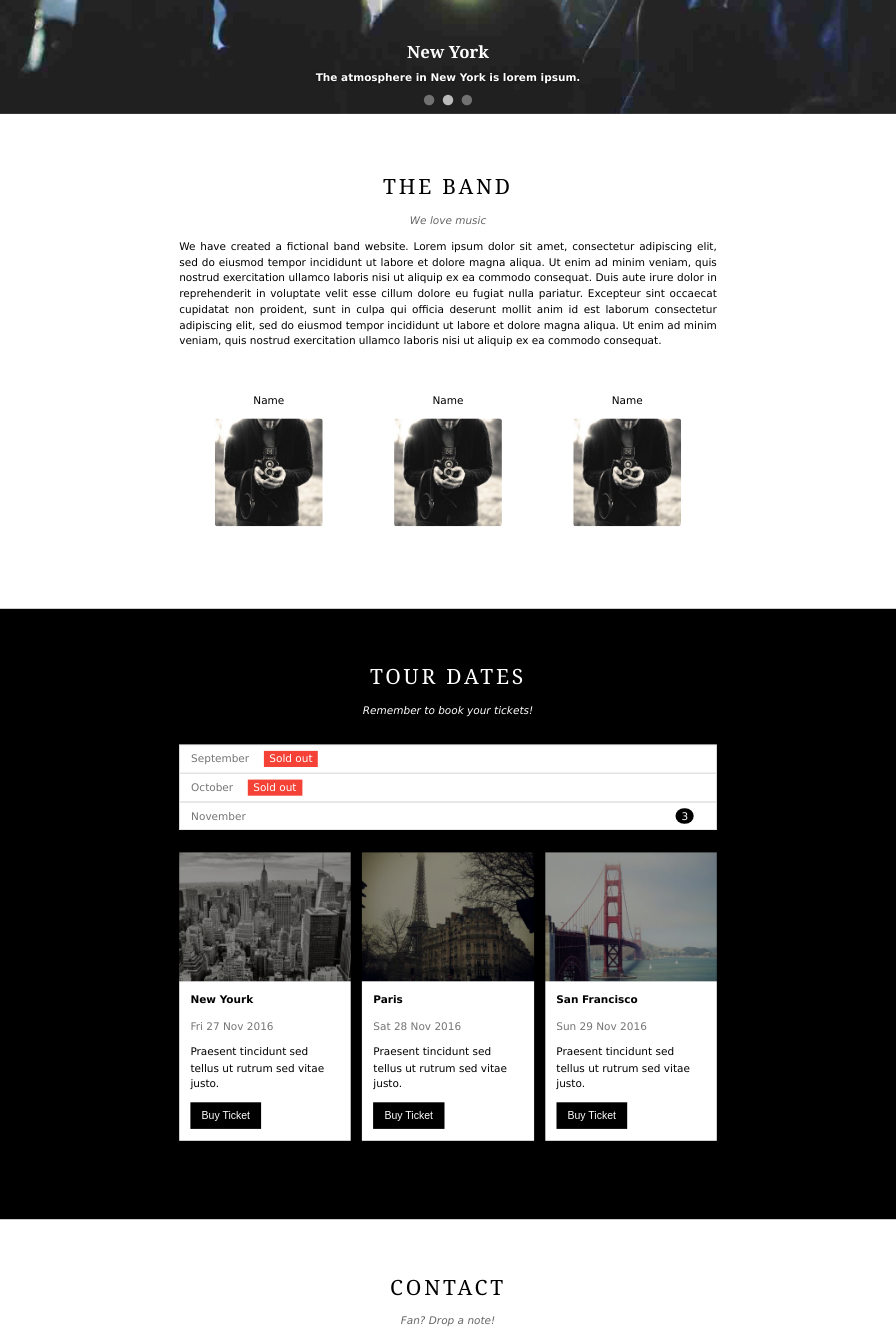
Repository: tam1512/The-Band
Page: index.html
These files come from the project's save history. The page is drawn as it stood at one moment and after the next save; the edit follows.
The browser window is 1280 px wide. The pictures show the part of the page from y = 524 to 2444 px (the page is 3650 px tall before and 3644 px after), at 70% of full size.
Some web libraries are served in a nearby version.

Above is the page before, as saved 2022-07-27 19:55:05.

After the next save:
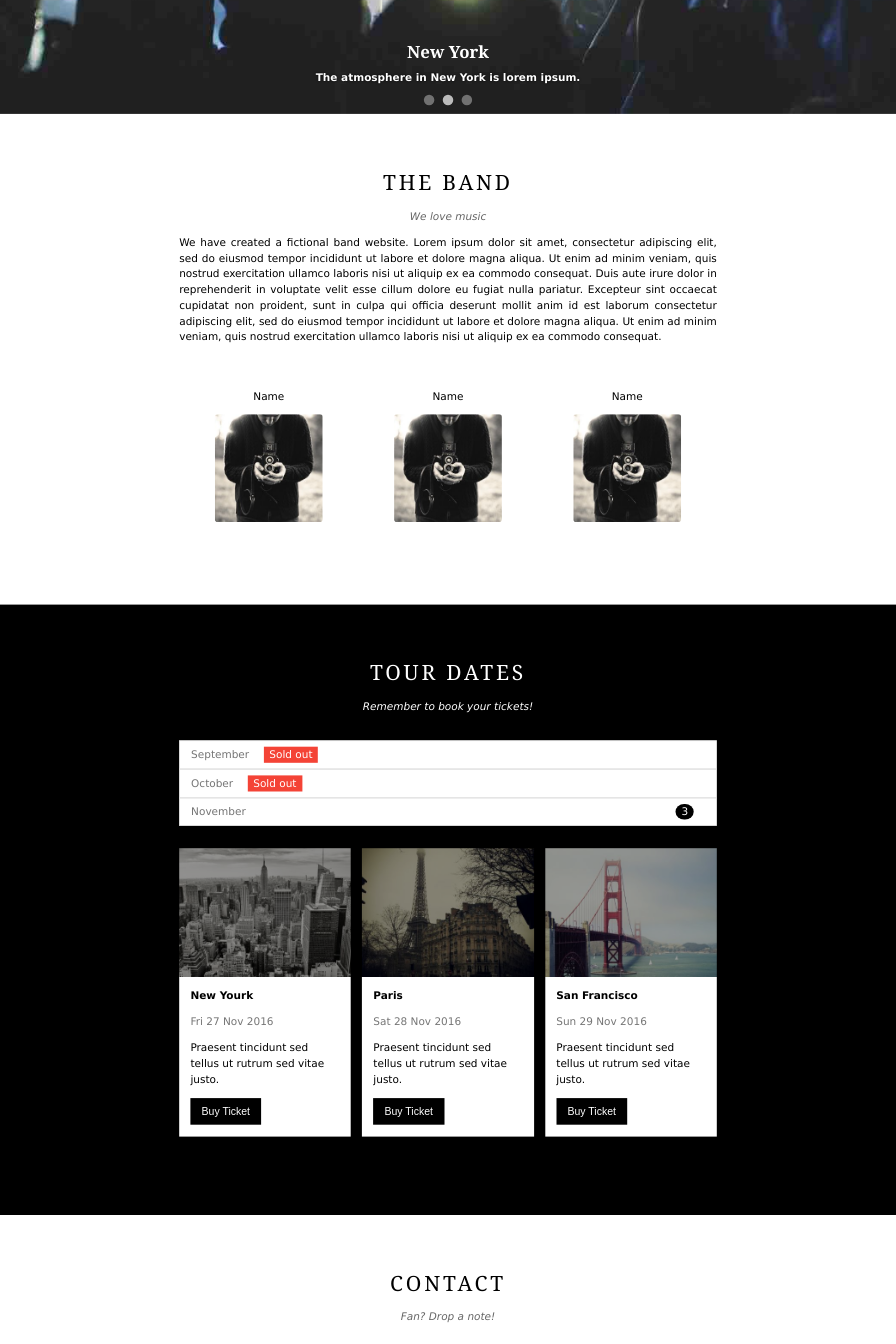
Saved 44 s later.
--- a/assets/css/style.css
+++ b/assets/css/style.css
@@ -356,7 +356,7 @@ li.header_nav_dropdown {
 /* content */
 
 .content {
-  margin-top: 47px;
+  margin-top: 41px;
 }
 
 #band,
